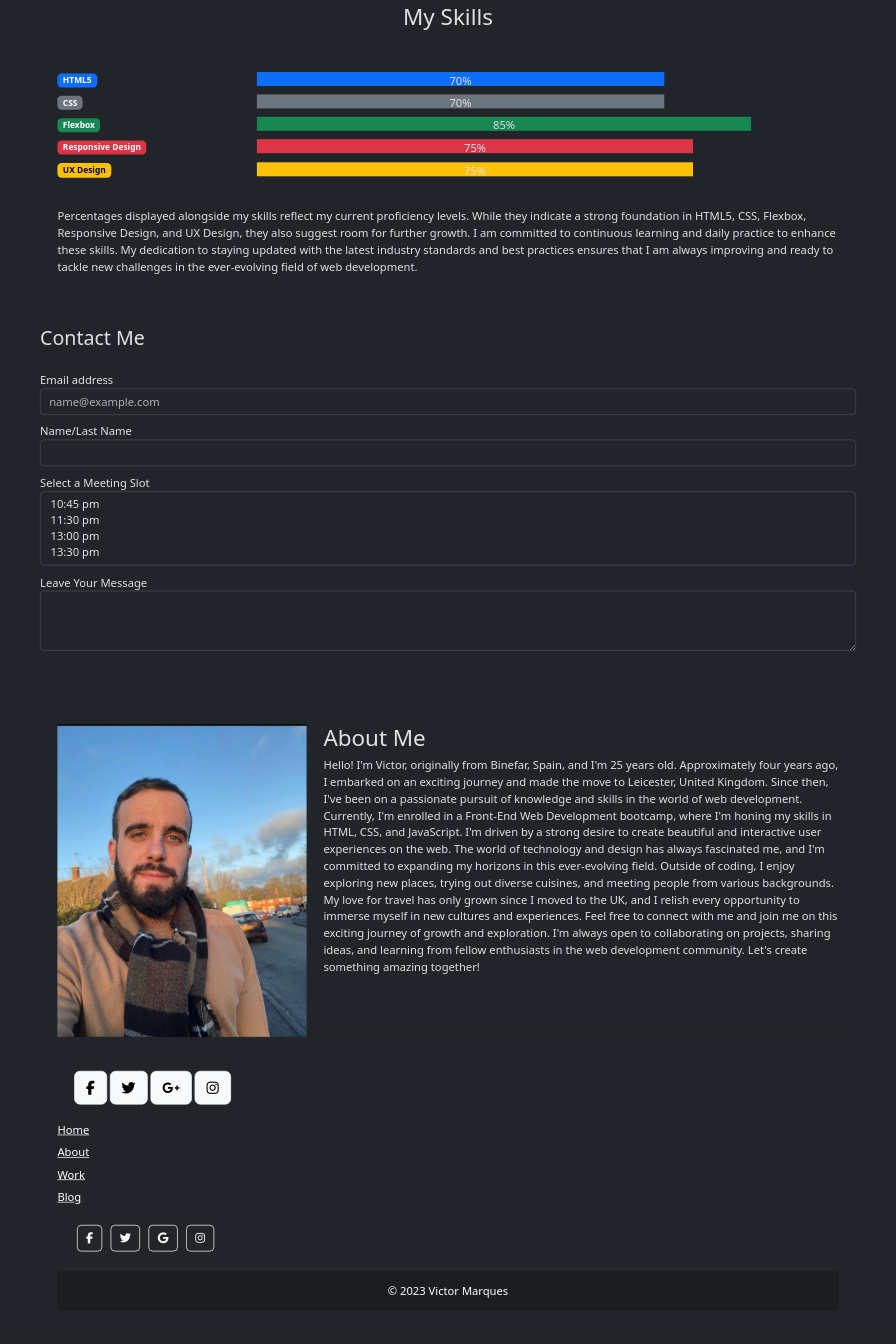
Repository: uvee35/Bootstrap-Portfolio
Page: index.html
These files come from the project's save history. The page is drawn as it stood at one moment and after the next save; the edit follows.
The browser window is 1280 px wide. The pictures show the part of the page from y = 1107 to 3027 px (the page is 3027 px tall before and 2971 px after), at 70% of full size.
A picture or video elsewhere on the page could not be fetched, so the positions and the page height are approximate. Some web libraries are served in a nearby version.

Above is the page before, as saved 2023-12-18 22:06:01.

After the next save:
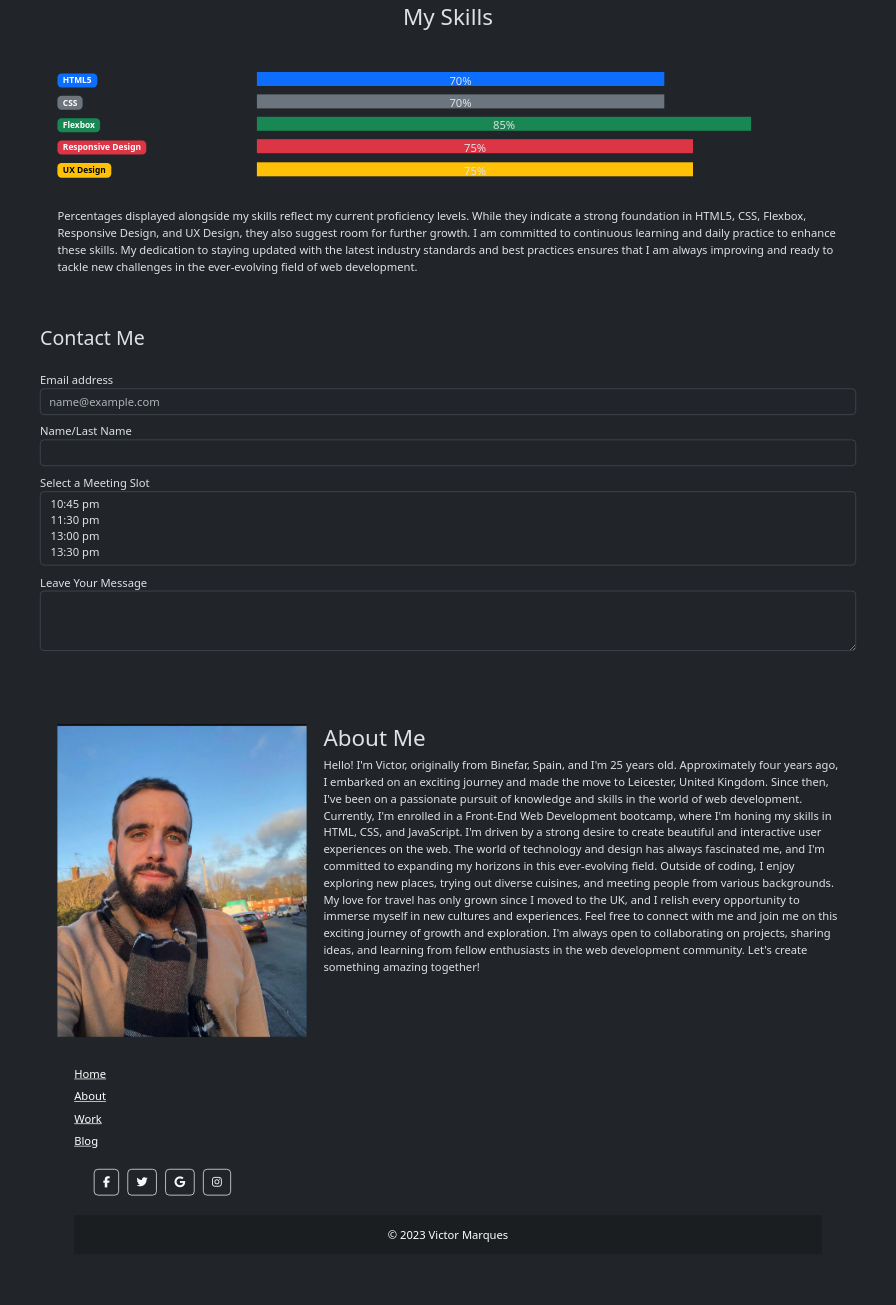
Saved 47 s later.
--- a/index.html
+++ b/index.html
@@ -320,19 +320,6 @@
 
           </p>
 
-          <div class="mt-4">
-            <!-- Facebook -->
-            <a type="button" class="btn btn-floating btn-light btn-lg"><i class="fab fa-facebook-f"></i></a>
-            <!-- Twitter -->
-            <a type="button" class="btn btn-floating btn-light btn-lg"><i class="fab fa-twitter"></i></a>
-            <!-- Google +-->
-            <a type="button" class="btn btn-floating btn-light btn-lg"><i class="fab fa-google-plus-g"></i></a>
-            <!-- Instagram -->
-            <a type="button" class="btn btn-floating btn-light btn-lg"><i class="fab fa-instagram"></i></a>
-          </div>
-        </div>
-        <!--Grid column-->
-
 
         <!--Grid column-->
         <div class="col-lg-3 col-md-6 mb-4 mb-md-0" style="display: flex; flex-direction: row ;">
